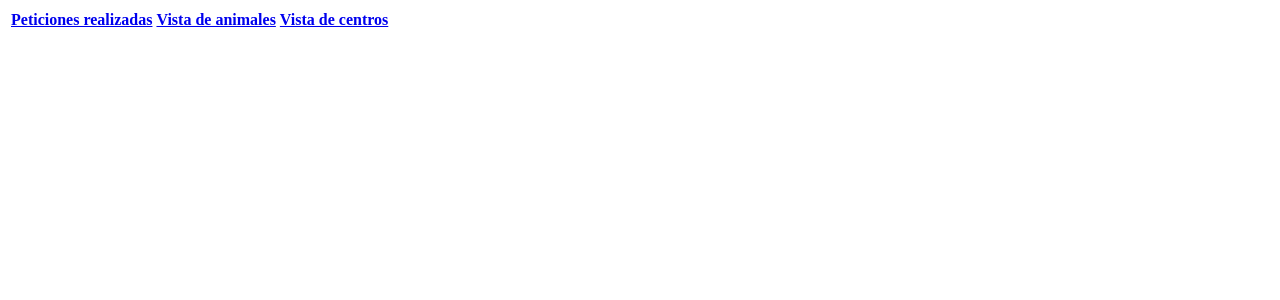
Repository: jorgesanchezfernandez/CodePortfolio
Page: Java & Javascript/Web/Perrera/WebContent/Menu.html
An editor plug-in stored every save of this project. The page is shown before and after a run of saves, followed by the edit.
The browser window is 1280 px wide. The pictures show the whole page.

Above is the page before, as saved 2006-05-04 16:43:59.

### Java & Javascript/Web/Perrera/WebContent/Menu.html
<html>
<body>
	<table id="menu">
		<tr>
			<th>
				<a href="FrontController?respuesta=LineaPeticiones.jsp?botones=1">Peticiones realizadas</a>
			</th>
			<th>
				<a href="FrontController?respuesta=VistaAnimales.jsp">Vista de animales</a>
			</th>
			<th>
				<a href="FrontController?respuesta=VistaCentros.jsp">Vista de centros</a>
			</th>
		</tr>
	</table>
</body>
</html>

After the next 2 saves:
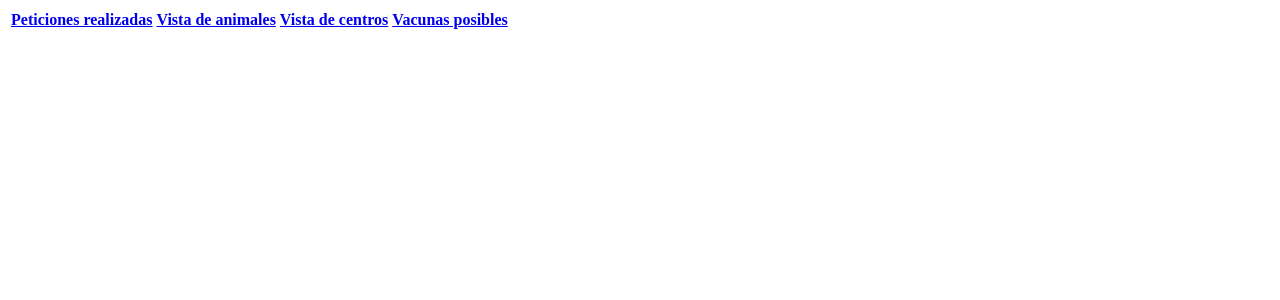
The 2 saves are shown as one change because they came seconds apart.
The last was saved 81 s later.
--- a/Java & Javascript/Web/Perrera/WebContent/Menu.html
+++ b/Java & Javascript/Web/Perrera/WebContent/Menu.html
@@ -11,6 +11,9 @@
 			<th>
 				<a href="FrontController?respuesta=VistaCentros.jsp">Vista de centros</a>
 			</th>
+			<th>
+				<a href="FrontController?respuesta=ListadoVacunass.jsp">Vacunas posibles</a>
+			</th>
 		</tr>
 	</table>
 </body>
